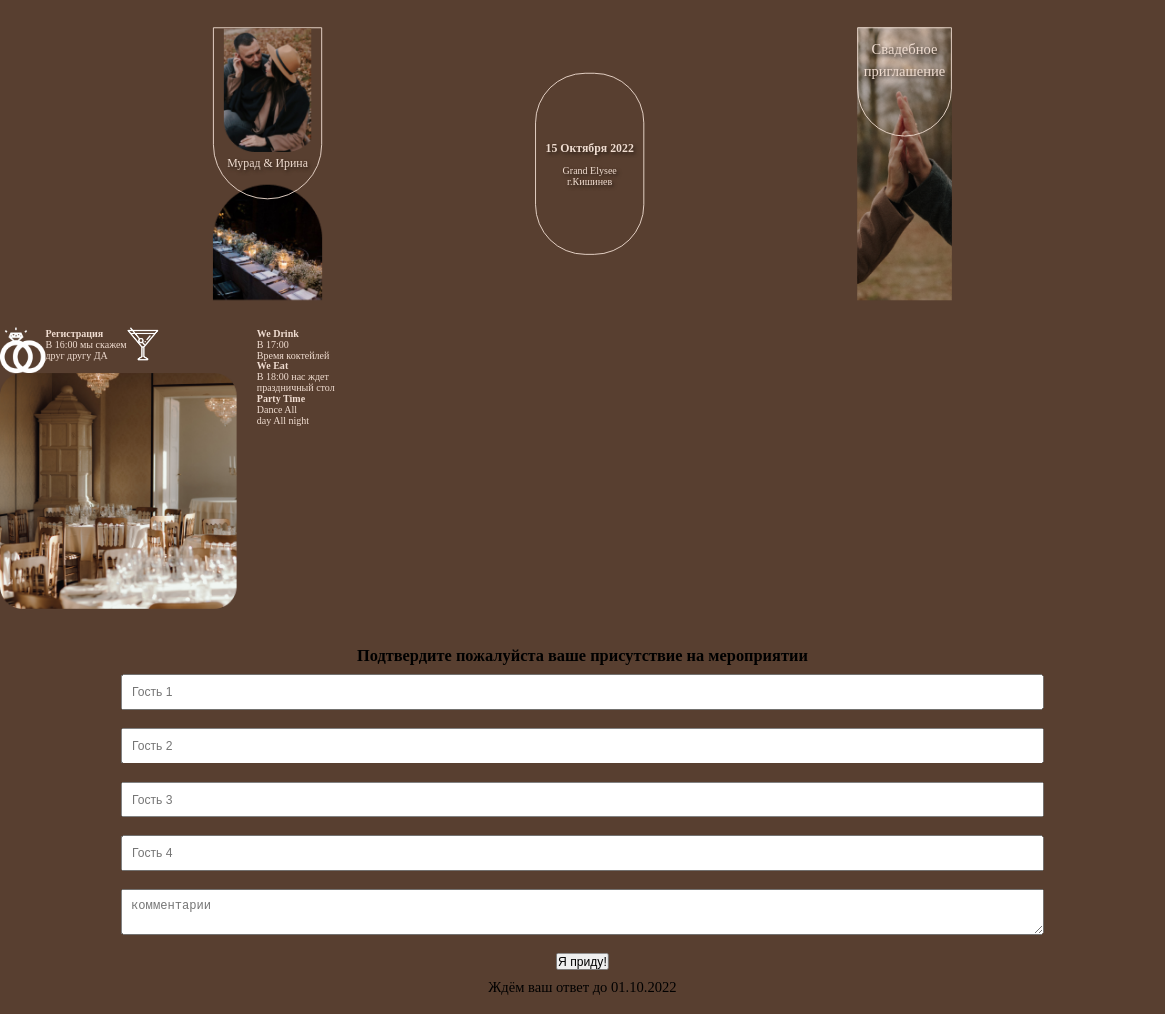
Repository: Anthony8845/wedding_invitation
Page: index.html
An editor plug-in stored every save of this project. The page is shown before and after the next save, followed by the edit.
The browser window is 1280 px wide. The pictures show the whole page, at 91% of full size.

Above is the page before, as saved 2022-07-29 18:08:29.

### index.html
<!DOCTYPE html>
<html lang="en">
<head>
    <meta charset="UTF-8">
    <meta http-equiv="X-UA-Compatible" content="IE=edge">
    <meta name="viewport" content="width=device-width, user-scalable=yes">
    <link rel="stylesheet" href="./style.css">
    <!-- <script src="./script.js"></script> -->
    <title>Приглашение на свадьбу</title>
</head>
<body>

    <div class="invitation">
        <div class="info">
            <div class="info_block">
                <div class="info_border">
                    <div class="info_img-u"></div>
                    <div class="info_name">Мурад & Ирина</div>
                </div>
                <div class="info_img-d"></div>
            </div>
            <div class="info__block">
                <div class="block__data">
                    <div class="info_timer"></div>
                    <div class="info_date">
                        <h4>15 Октября 2022</h4>
                        <p>Grand Elysee <br>
                            г.Кишинев</p>
                    </div>
                </div>
            </div>
            <div class="info__block">
                <div class="info_invitation">Свадебное<br>приглашение</div>
                <div class="info_img-r"></div>
            </div>

        </div>
        <div class="timetable">
            <div class="timetable_block">
                <div class="icon_reg"></div>
                <div class="block_reg">
                    <h4>Регистрация</h4>
                    <p>В 16:00 мы скажем <br> друг другу ДА</p>
                </div>
                <div class="icon_drink"></div>
            </div>
            <div class="timetable_block">
                <div class="img_table"></div>
            </div>
            <div class="timetable_block">
                <div class="block_drink">
                    <h4>We Drink</h4>
                    <p>В 17:00<br> Время коктейлей</p>
                </div>
                <div class="icon_eat"></div>
                <div class="block_eat"></div>
                    <h4>We Eat</h4>
                    <p>В 18:00 нас ждет <br> праздничный стол</p>
                <div class="icon_party"></div>
                <div class="block_party">
                    <h4>Party Time</h4>
                    <p>Dance All<br> day All night</p>
                </div>
            </div>
        </div>
        <div class="thanks">
            <div></div>
            <div></div>
            <div></div>
        </div>
        <form class="form"  action="mail.php"  method="POST" >
            <h2 class="form__header">Подтвердите пожалуйста ваше присутствие на мероприятии</h2>
            <input class="form__input_item" type="text" name="Guest1" placeholder="Гость 1">
            <input class="form__input_item" type="text" name="Guest2" placeholder="Гость 2">
            <input class="form__input_item" type="text" name="Guest3" placeholder="Гость 3">
            <input class="form__input_item" type="text" name="Guest4" placeholder="Гость 4">
            <textarea class="form__comment" name="Comment" placeholder="комментарии"></textarea>
            <button class="form__btn">Я приду!</button>
        </form>
        <div class="footer">Ждём ваш ответ до 01.10.2022</div>
    </div>
</body>
</html>

### style.css
* {
    box-sizing: border-box;
    margin: 0;
    padding: 0;
}

body{
    position: relative;
    padding: 20px 0;
    background-color: rgb(88, 63, 48);
}



.invitation {

}
.info {
    color: rgb(240, 221, 209);
    display: flex;
    justify-content: space-evenly;
    align-items: center;
    text-align: center;
    text-shadow: 2px 2px 4px rgb(44, 32, 24);
    margin: 10px 0 30px 0;
}
.info_block {
    width: 120px;
    height: 300px;

}
.info_border {
    width: 120px;
    position: absolute;
    border: 1px solid rgb(240, 221, 209);
    padding-bottom: 30px;
    border-radius: 0 0 60px 60px;

}
.info_img-u {
    width: 103px;
    height: 136px;
    background: url(./img/IMG_2.png) no-repeat;
    margin-left: auto;
    margin-right: auto;
    width: 6em;
    margin-bottom: 5px;


}
.info_name {
    font-size: 13px;
}
.info_img-d {
    margin-top: 173px;
    width: 120px;
    height: 127px;
    background: url(./img/Image.png) no-repeat;
}

.info_img-r {
    width: 104px;
    height: 300px;
    background: url(./img/IMG_104-300.png);
}

.block__data {
    display: table-cell;
    vertical-align: middle;
    width: 120px;
    height: 200px;
    border: 1px solid rgb(240, 221, 209);
    border-radius: 55px;
}


.info_timer {

}

.info_date {
    font-size: 11px;
}
.info_date h4 {
    font-size: 13px;
    padding-bottom: 10px;
}

.info_invitation{
    width: 104px;
    height: 120px;
    position: absolute;
    border: 1px solid rgb(240, 221, 209);
    border-radius: 0 0 60px 60px;
    padding-top: 10px;
    line-height: 25px;
}


.timetable {
    font-size: 11px;
    color: rgb(240, 221, 209);
    max-width: 390px;
    height: 350px;
    display: flex;
    flex-direction: column;
    flex-wrap: wrap;
}
.timetable_block {
    display: flex;

}

.timetable_block:last-child {
    display: flex;
    flex-direction: column;
}

.icon_reg {
    width: 50px;
    height: 50px;
    background: url(./img/wedding-rings.png) no-repeat ;
    background-size: contain;
}
.block_reg {
}
.icon_drink {
    width: 36px;
    height: 36px;
    background: url(./img/martini.png) no-repeat;
    background-size: contain;
}
.img_table {
    width: 260px;
    height: 259px;
    background: url(./img/interior.png);
}
.block_drink {
}
.icon_eat {
}
.block_eat {
}
.icon_party {
}
.block_party {
}





.form {

    text-align: center;
    margin: 0 10%;

    display: flex;
    flex-direction: column;

}

.form::after {
    content: '';
    position: absolute;
    top: 0;
    left: 0;
    width: 100%;
    height: 100%;
    background: #767676 url(./img/heart.gif) center /50px no-repeat;
    opacity: 0;
    visibility: hidden;
}

.form._sending::after {
    opacity: 0.8;
    visibility: visible;
}


.form__header {
    font-size: 18px;
}

.form__input_item {
    margin: 10px 5px;
    padding: 10px 10px;

}

.form__comment {
    padding: 10px 10px;
    margin: 10px 5px;
    resize: vertical;
    height: 50px;
}

.form__btn {
    margin: 0 auto;
    margin-top: 10px;
    max-width: 70px;
}

.footer {
    margin-top: 10px;
    text-align: center;
}

After the next save:
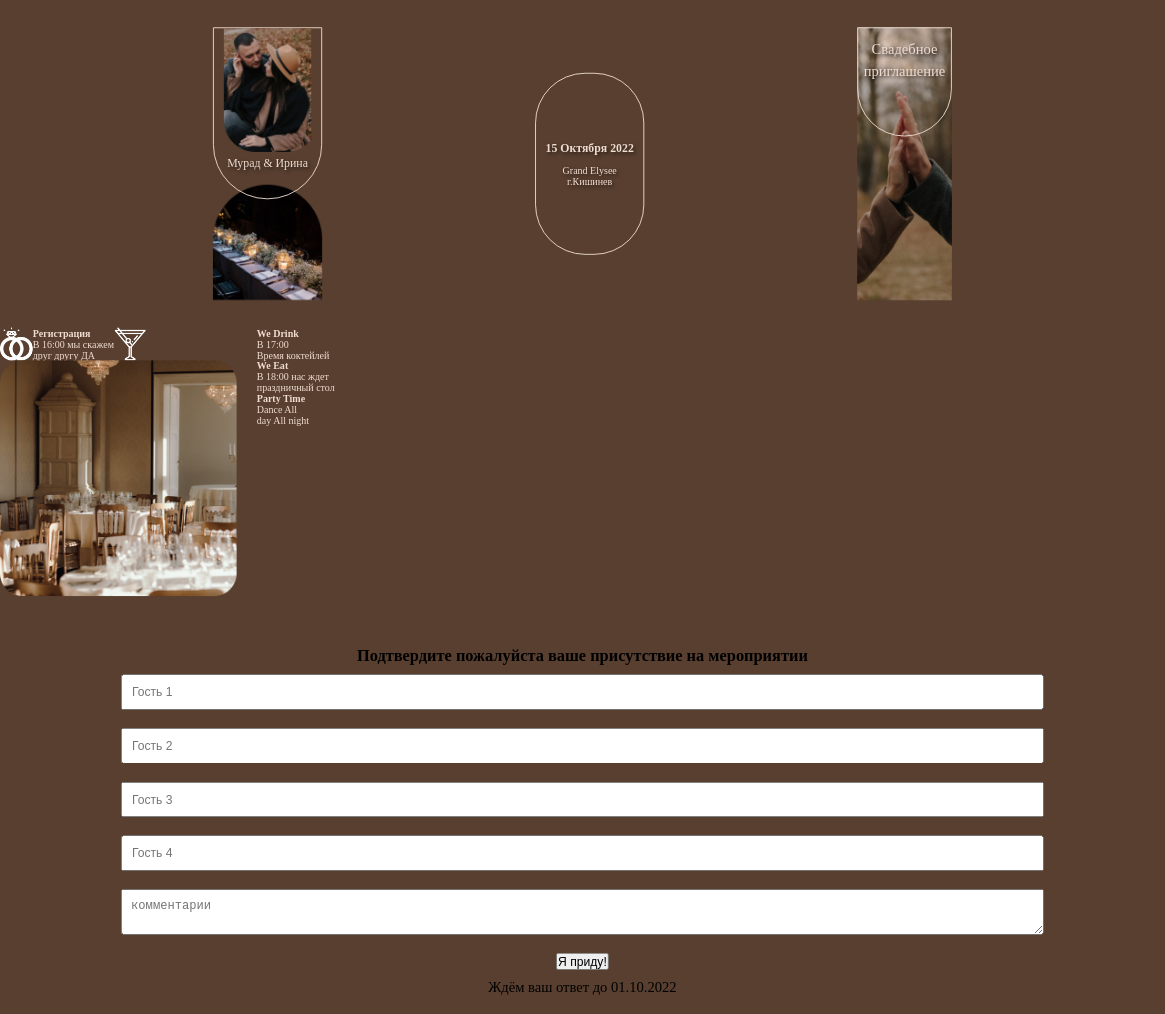
Saved 7 min 10 s later.
--- a/style.css
+++ b/style.css
@@ -117,8 +117,8 @@ body{
 }
 
 .icon_reg {
-    width: 50px;
-    height: 50px;
+    width: 36px;
+    height: 36px;
     background: url(./img/wedding-rings.png) no-repeat ;
     background-size: contain;
 }
